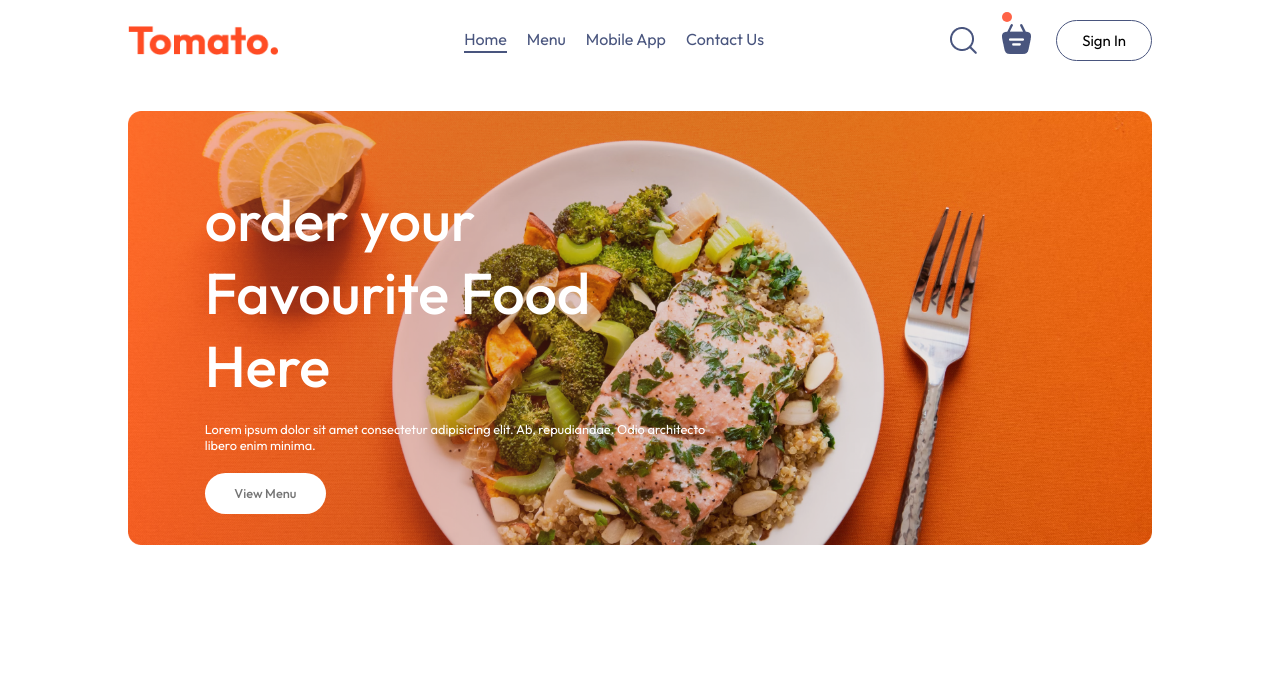
Repository: Attar786/Food-ordering-app
Page: / (app in frontend/)
These files come from the project's save history. The page is drawn as it stood at one moment and after a run of saves; the edit follows.
The browser window is 1280 px wide. The pictures show the whole page.
The project was rebuilt for these pictures with package versions that can differ from the ones it lists, and the page was loaded fresh each time. Also part of the build but not shown: frontend/vite.config.js, frontend/src/pages/Cart/Cart.css, frontend/src/pages/Cart/Cart.jsx, frontend/src/pages/PlaceOrder/PlaceOrder.css, frontend/src/pages/PlaceOrder/PlaceOrder.jsx, frontend/src/components/ExploreMenu/ExploreMenu.css.

Above is the page before, as saved 2024-07-24 21:13:30.

After the next 2 saves:
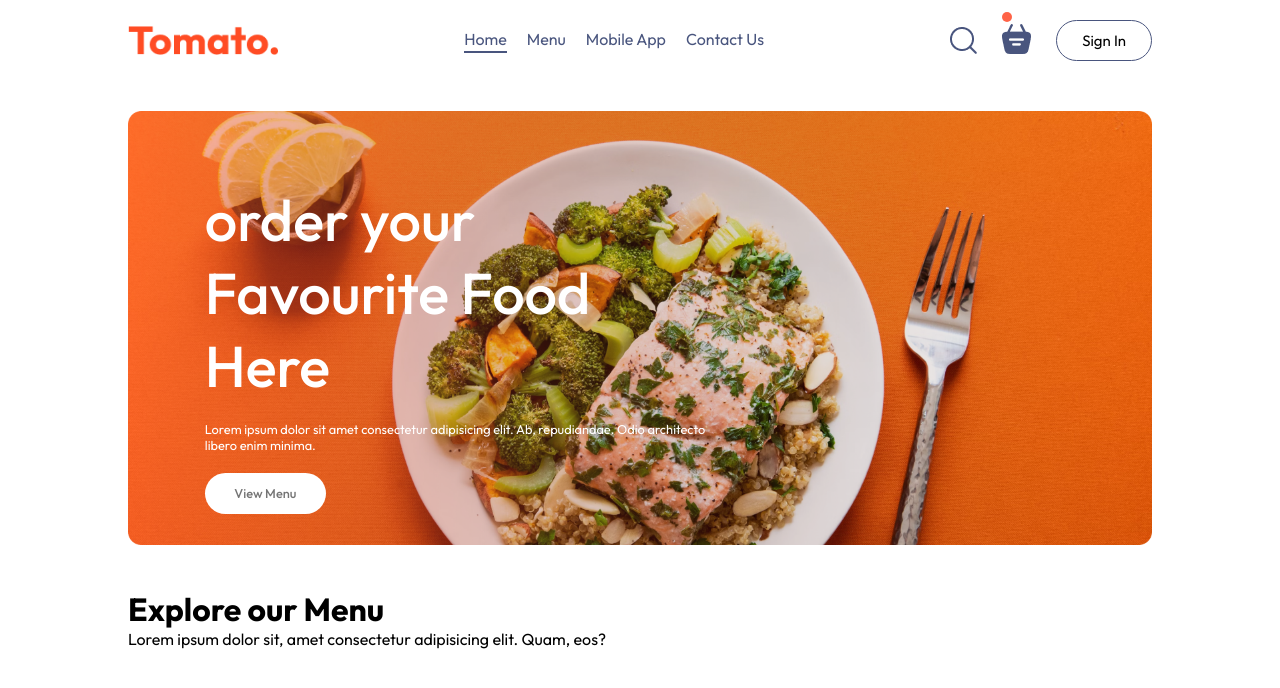
The 2 saves are shown as one change because 1 did not build or start.
The last was saved 61 s later.
--- a/frontend/src/pages/Home/Home.jsx
+++ b/frontend/src/pages/Home/Home.jsx
@@ -1,12 +1,12 @@
 import Header from '../../components/Header/Header'
-// import ExploreMenu from '../../components/ExploreMenu/ExploreMenu'
+import ExploreMenu from '../../components/ExploreMenu/ExploreMenu'
 import './Home.css'
 
 const Home = () => {
   return (
     <>
 <Header/>
-{/* <ExploreMenu/> */}
+<ExploreMenu/>
 </>
 )
 }
--- a/frontend/src/components/ExploreMenu/ExploreMenu.jsx
+++ b/frontend/src/components/ExploreMenu/ExploreMenu.jsx
@@ -1,11 +1,11 @@
 import './ExploreMenu.css'
-import menu_list from '../../assets/assets.js';
+// import menu_list from '../../assets/assets.js';
 const ExploreMenu = () => {
   return (
     <div className='explore-menu' id='explore-menu'>
         <h1 className>Explore our Menu</h1>
         <p className='explore-menu-text'>Lorem ipsum dolor sit, amet consectetur adipisicing elit. Quam, eos?</p>
-    <div className='explore-menu-list'>
+    {/* <div className='explore-menu-list'>
         {menu_list.map((item, index)=>{
             return (
             <div key={index} className='explore-menu-list-item'>
@@ -14,7 +14,7 @@ const ExploreMenu = () => {
             </div>
             )
         })}
-    </div>
+    </div> */}
 
     </div>
   )
